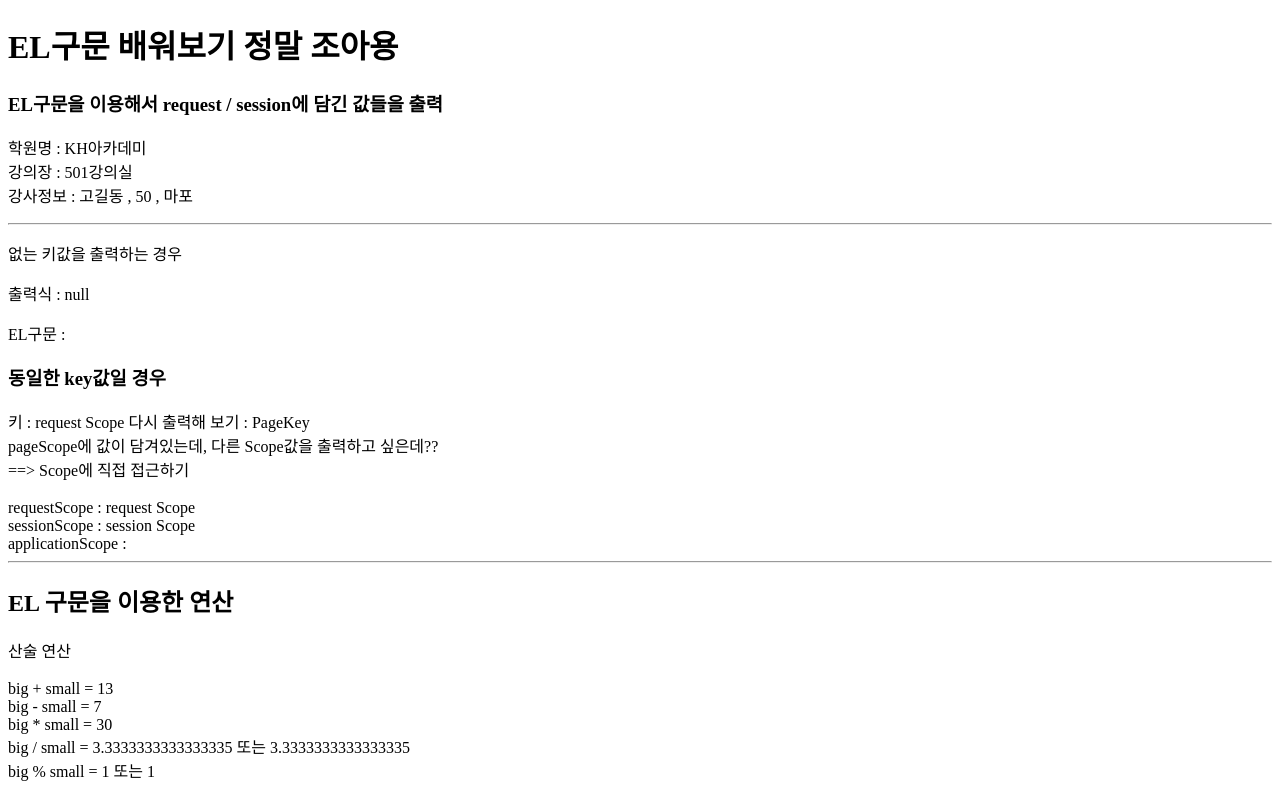
Repository: rlaehqkf/java_practice
Page: http://localhost/ActionProject/el.do
The author's editor kept a copy of each file at every save. The page is drawn from the files as they stood at one save, then again after the next save.
The browser window is 1280 px wide. The pictures show the whole page.
The page is served by Tomcat 9.

Above is the page before, as saved 2026-05-06 06:28:17.

After the next save:
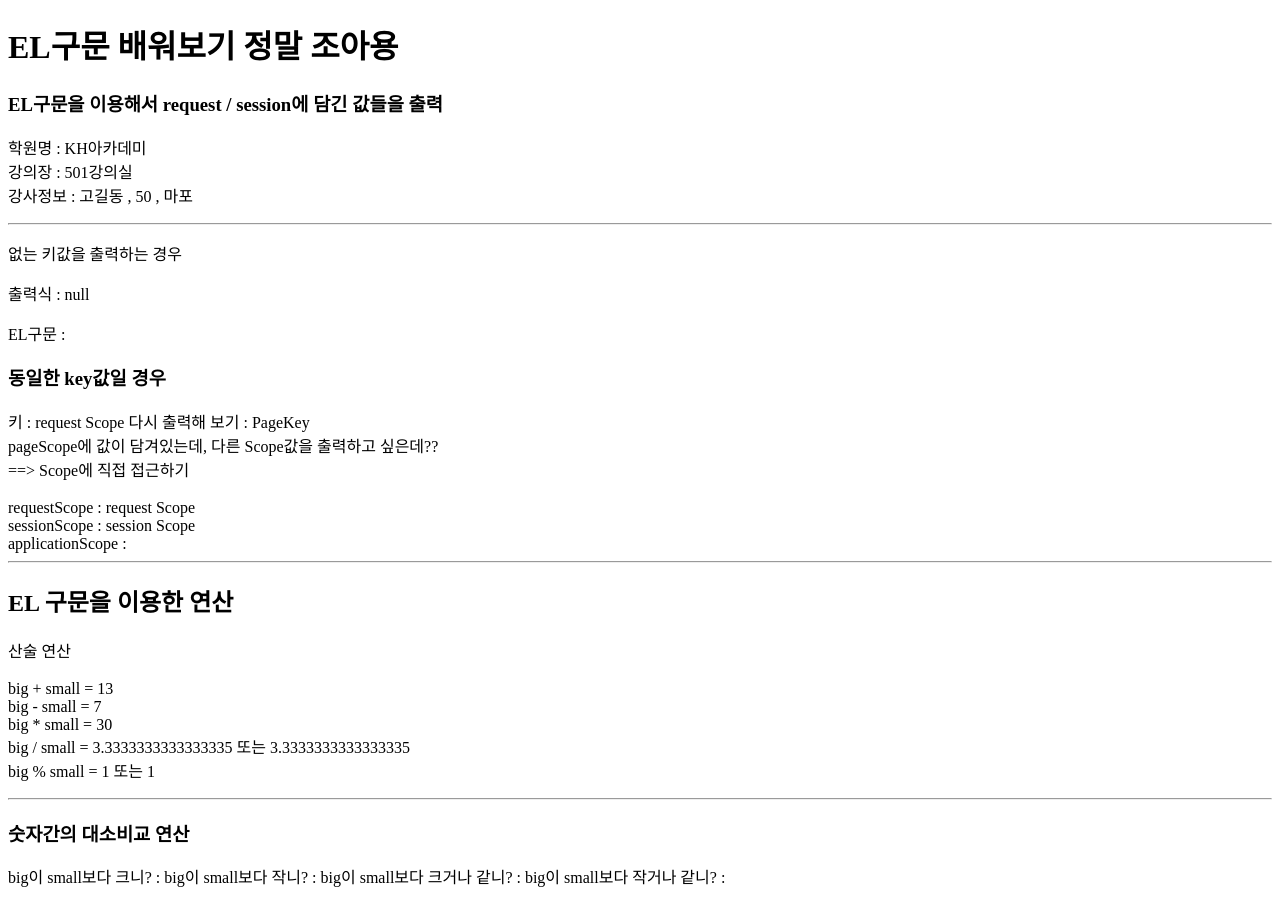
Saved 52 s later.
--- a/ActionProject/src/main/webapp/WEB-INF/views/01_el.jsp
+++ b/ActionProject/src/main/webapp/WEB-INF/views/01_el.jsp
@@ -103,8 +103,16 @@
 		big % small = ${ big % small } 또는 ${ big mod small }<br>
 	</p>
 
+	<hr>
 
+	<h3>숫자간의 대소비교 연산</h3>
 
+	<p>
+		big이 small보다 크니? :
+		big이 small보다 작니? :
+		big이 small보다 크거나 같니? :
+		big이 small보다 작거나 같니? :
+	</p>
 
 
 
